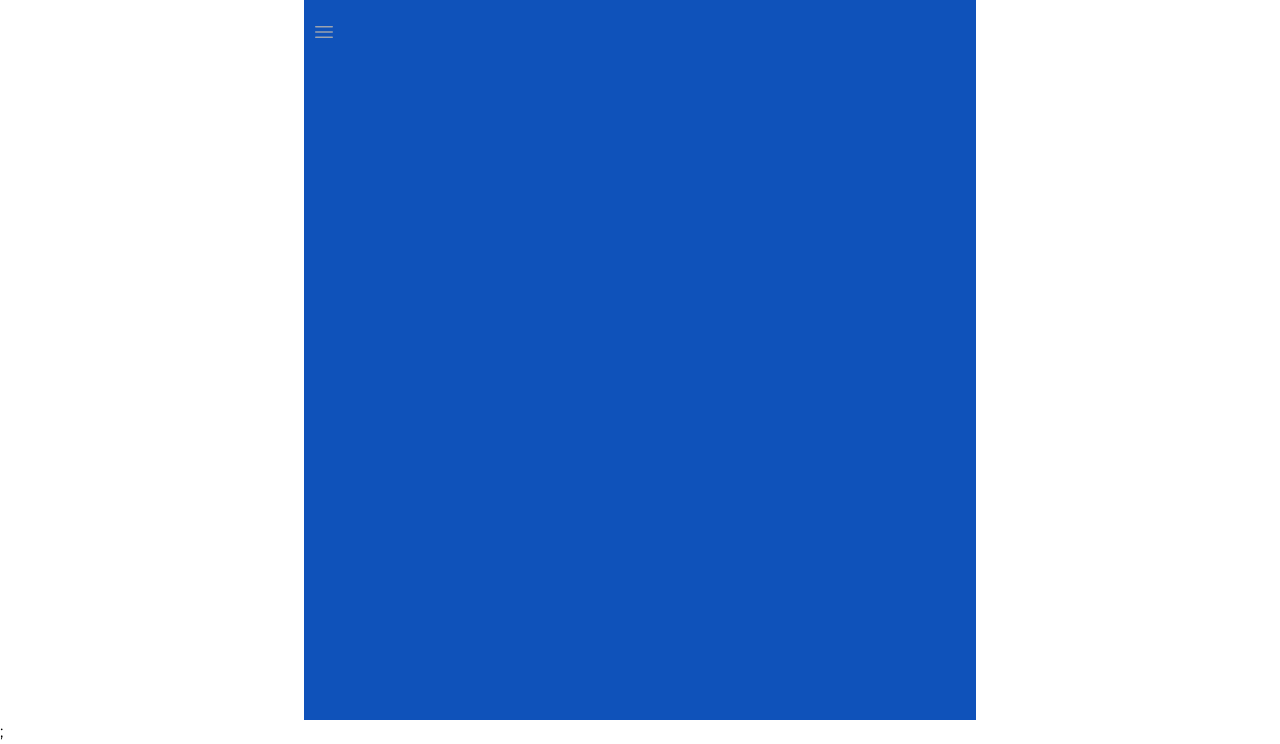
Repository: LuisSempre/mks
Page: /bar
The author's editor kept a copy of each file at every save. The page is drawn from the files as they stood at one save, then again after the next save.
The browser window is 1280 px wide. The pictures show the whole page.
The project was rebuilt for these pictures with package versions that can differ from the ones it lists, and the page was loaded fresh each time. The framework's server and built-in components were replaced by stand-ins that run in the browser. Also part of the build but not shown: next.config.js.

Above is the page before, as saved 2023-01-24 02:05:53.

### pages/_app.tsx
import "../styles/globals.css";
import type { AppProps } from "next/app";
import { Montserrat } from "@next/font/google";

const montserrat = Montserrat({
  subsets: ["latin"],
});

function MyApp({ Component, pageProps }: AppProps) {
  return (
    <div className={montserrat.className}>
      <Component {...pageProps} />;
    </div>
  );
}

export default MyApp;

### pages/bar.tsx
import { NextPage } from "next";
import SidebarCar from "../components/SidebarCar";

const Bar: NextPage = () => {
  return (
    <>
      <SidebarCar />
    </>
  );
};

export default Bar;

### components/SidebarCar.tsx
import { Disclosure } from "@headlessui/react";
import { Bars3Icon, XMarkIcon } from "@heroicons/react/24/outline";

const navigation = [
  { name: "Dashboard", href: "#", current: true },
  { name: "Team", href: "#", current: false },
  { name: "Projects", href: "#", current: false },
  { name: "Calendar", href: "#", current: false },
];

function classNames(...classes: string[]) {
  return classes.filter(Boolean).join(" ");
}

export default function Example() {
  return (
    <Disclosure as='nav' className='bg-[#0F52BA] h-screen max-w-2xl mx-auto'>
      {({ open }) => (
        <>
          <div className='relative flex items-center justify-between h-16'>
            <div className='inset-y-0 left-0 items-center sm:flex sm:absolute'>
              {/* Mobile menu button*/}
              <Disclosure.Button className='inline-flex items-center justify-center p-2 text-gray-400 rounded-md'>
                {open ? (
                  <XMarkIcon
                    className='items-end block w-6 h-6'
                    aria-hidden='true'
                  />
                ) : (
                  <Bars3Icon className='block w-6 h-6' aria-hidden='true' />
                )}
              </Disclosure.Button>
            </div>
          </div>

          <Disclosure.Panel className=''>
            <div className='px-2 pt-2 pb-3 space-y-1'>
              {navigation.map((item) => (
                <Disclosure.Button
                  key={item.name}
                  as='a'
                  href={item.href}
                  className={classNames(
                    item.current
                      ? "bg-gray-900 text-white"
                      : "text-gray-300 hover:bg-gray-700 hover:text-white",
                    "block px-3 py-2 rounded-md text-base font-medium",
                  )}
                  aria-current={item.current ? "page" : undefined}
                >
                  {item.name}
                </Disclosure.Button>
              ))}
            </div>
          </Disclosure.Panel>
        </>
      )}
    </Disclosure>
  );
}

Loaded but not shown: styles/globals.css (common file); tailwind.config.js (common file)

After the next save:
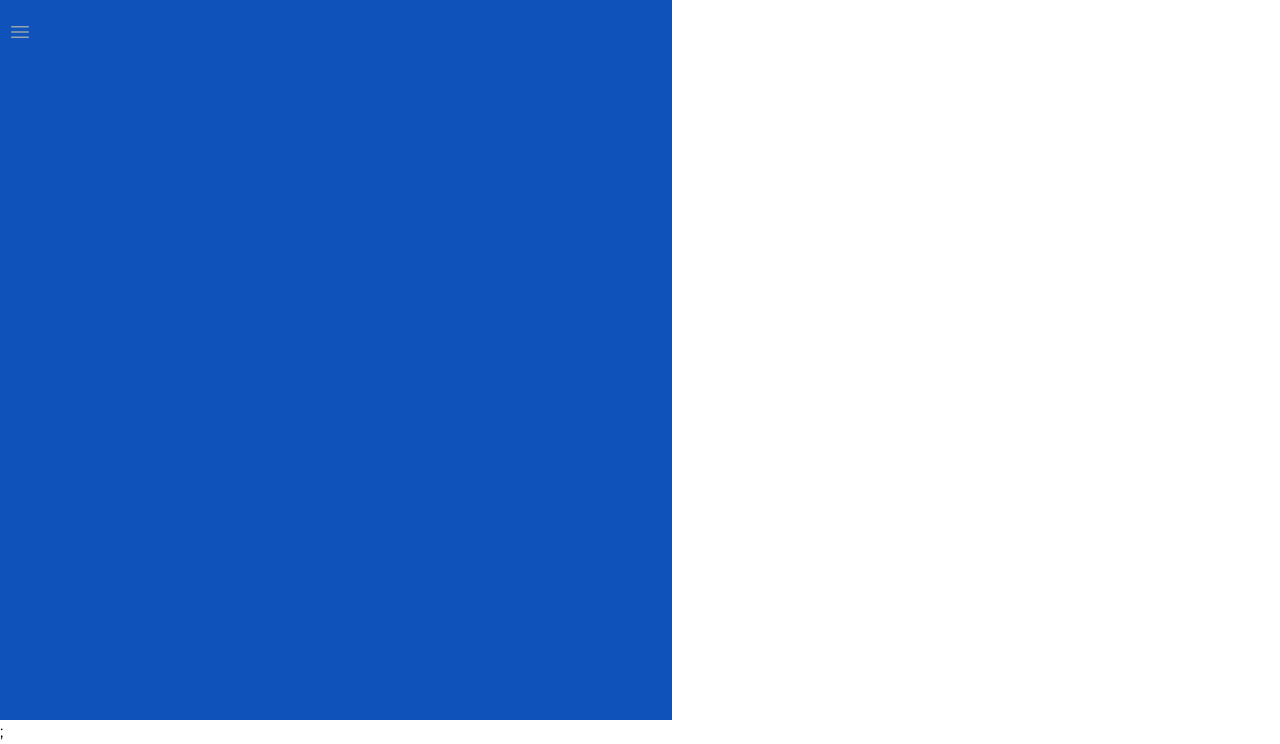
Saved 41 s later.
--- a/components/SidebarCar.tsx
+++ b/components/SidebarCar.tsx
@@ -14,7 +14,7 @@
 
 export default function Example() {
   return (
-    <Disclosure as='nav' className='bg-[#0F52BA] h-screen max-w-2xl mx-auto'>
+    <Disclosure as='nav' className='bg-[#0F52BA] h-screen max-w-2xl w-full'>
       {({ open }) => (
         <>
           <div className='relative flex items-center justify-between h-16'>

After the save that followed:
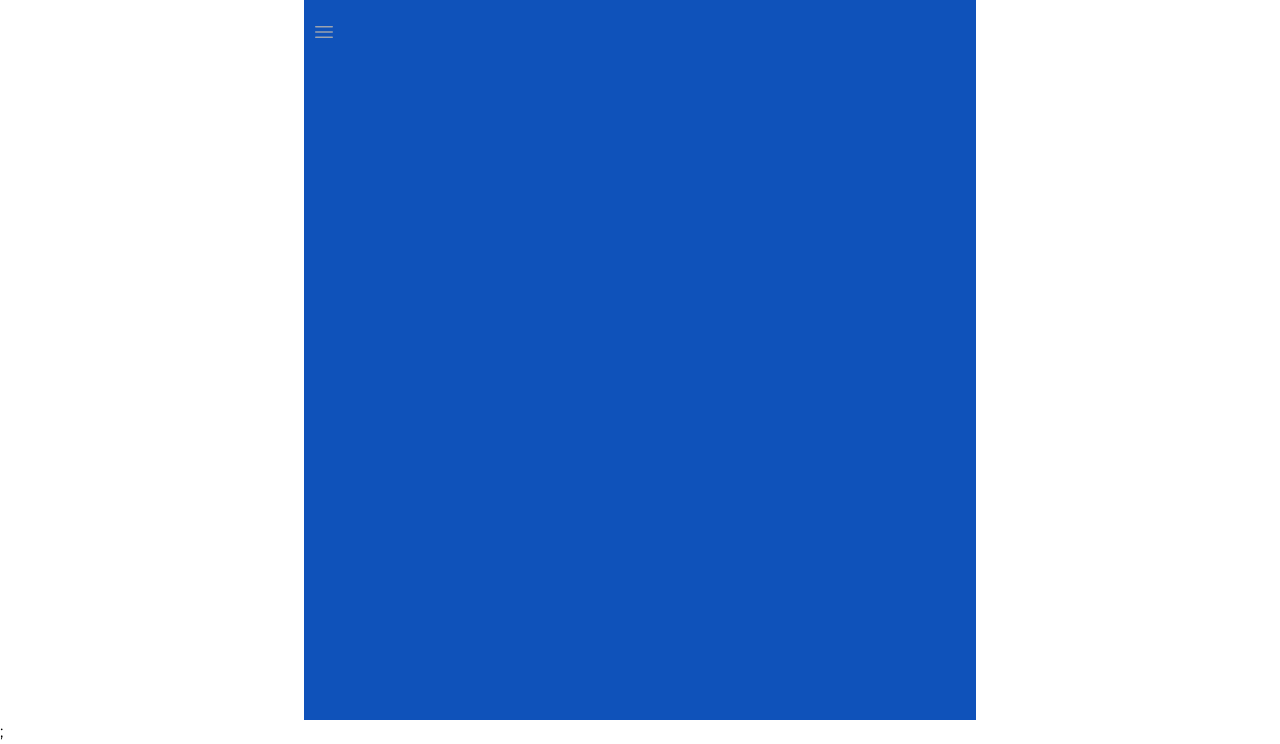
Saved 10 s later.
--- a/components/SidebarCar.tsx
+++ b/components/SidebarCar.tsx
@@ -14,7 +14,10 @@
 
 export default function Example() {
   return (
-    <Disclosure as='nav' className='bg-[#0F52BA] h-screen max-w-2xl w-full'>
+    <Disclosure
+      as='nav'
+      className='bg-[#0F52BA] h-screen max-w-2xl w-full m-auto'
+    >
       {({ open }) => (
         <>
           <div className='relative flex items-center justify-between h-16'>
